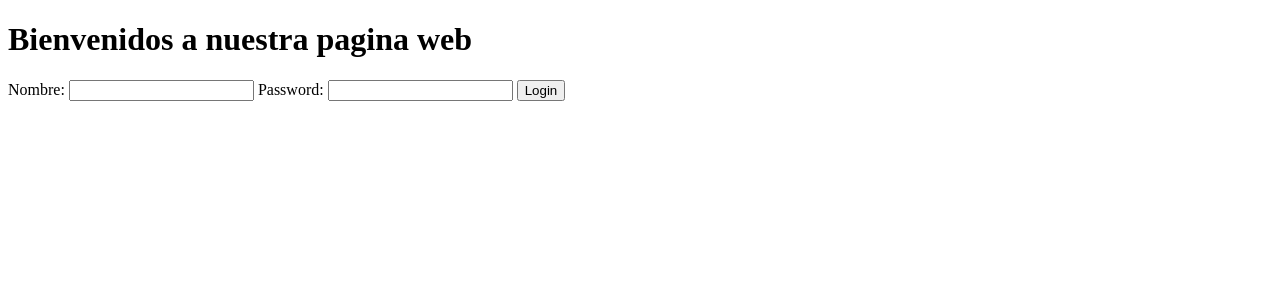
Repository: ismaeluceda/cursoJavaBasico
Page: 05_Web/WebContent/Inicio.html
An editor plug-in stored every save of this project. The page is shown before and after the next save, followed by the edit.
The browser window is 1280 px wide. The pictures show the whole page.

Above is the page before, as saved 2019-04-24 10:51:16.

After the next save:
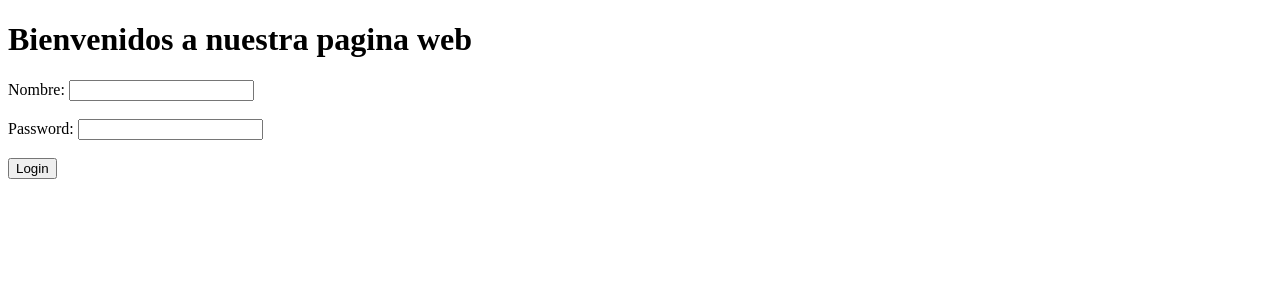
Saved 76 s later.
--- a/05_Web/WebContent/Inicio.html
+++ b/05_Web/WebContent/Inicio.html
@@ -8,7 +8,9 @@
 	<h1>Bienvenidos a nuestra pagina web</h1>
 	<form action="">
 		Nombre: <input type="text" name="nombreUsuario"></input>
+		<br/><br/>
 		Password: <input type="text" name="pwdUsuario"></input>
+		<br/><br/>
 		<input type="submit" value="Login"></input>
 
 	</form>
